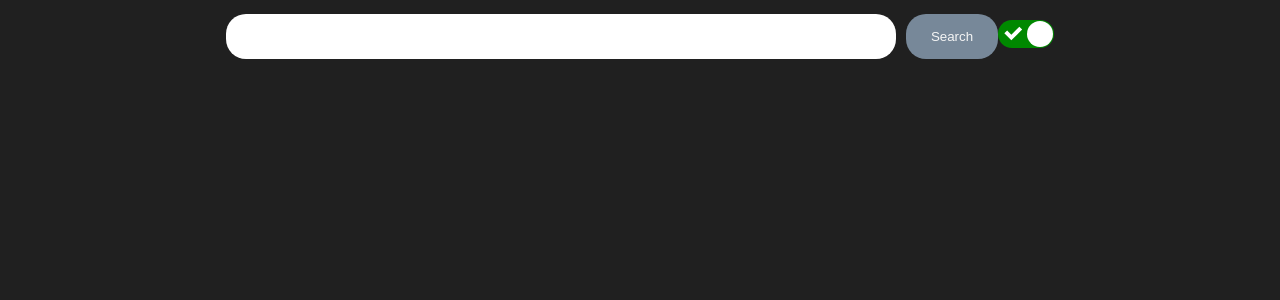
Repository: HunterX-21/Recipe-webApp
Page: /
The author's editor kept a copy of each file at every save. The page is drawn from the files as they stood at one save, then again after the next save.
The browser window is 1280 px wide. The pictures show the whole page.
The page's requests for data from a server got no answer. The project was rebuilt for these pictures with package versions that can differ from the ones it lists, and the page was loaded fresh each time. No one was signed in, and anything a server would have sent is missing. Also part of the build but not shown: src/recipe.module.css, src/Recipes.js.

Above is the page before, as saved 2022-07-07 21:46:32.

### public/index.html
<!DOCTYPE html>
<html lang="en">
  <head>
    <meta charset="utf-8" />
    <link rel="icon" href="%PUBLIC_URL%/favicon.ico" />
    <meta name="viewport" content="width=device-width, initial-scale=1" />
    <meta name="theme-color" content="#000000" />
    <meta
      name="description"
      content="Web site created using create-react-app"
    />
    <link rel="apple-touch-icon" href="%PUBLIC_URL%/logo192.png" />
    <!--
      manifest.json provides metadata used when your web app is installed on a
      user's mobile device or desktop. See https://developers.google.com/web/fundamentals/web-app-manifest/
    -->
    <link rel="manifest" href="%PUBLIC_URL%/manifest.json" />
    <!--
      Notice the use of %PUBLIC_URL% in the tags above.
      It will be replaced with the URL of the `public` folder during the build.
      Only files inside the `public` folder can be referenced from the HTML.

      Unlike "/favicon.ico" or "favicon.ico", "%PUBLIC_URL%/favicon.ico" will
      work correctly both with client-side routing and a non-root public URL.
      Learn how to configure a non-root public URL by running `npm run build`.
    -->
    <title>Recify</title>
  </head>
  <body>
    <noscript>You need to enable JavaScript to run this app.</noscript>
    <div id="root"></div>
    <!--
      This HTML file is a template.
      If you open it directly in the browser, you will see an empty page.

      You can add webfonts, meta tags, or analytics to this file.
      The build step will place the bundled scripts into the <body> tag.

      To begin the development, run `npm start` or `yarn start`.
      To create a production bundle, use `npm run build` or `yarn build`.
    -->
  </body>
</html>

### src/App.js
import "./App.css";
import { createContext, useEffect, useState } from "react";
import Recipe from "./Recipes";
import React from "react";
import ReactSwitch from "react-switch";

export const ThemeContext = createContext(null);

const App = () => {
  const APP_ID = "6b1c144c";
  const APP_KEY = "458cc45743dd5428f00b4794732fbd3e";

  const [recipes, setRecipes] = useState([]);
  const [search, setSearch] = useState("");
  const [query, setquery] = useState("chicken");

  useEffect(() => {
    getRecipes();
  }, [query]);

  const getRecipes = async () => {
    const response = await fetch(
      `https://api.edamam.com/search?q=${query}&app_id=${APP_ID}&app_key=${APP_KEY}`
    );
    const data = await response.json();
    setRecipes(data.hits);
    console.log(data.hits);
  };

  const updateSearch = (e) => {
    setSearch(e.target.value);
    console.log(search);
  };

  const getSearch = (e) => {
    e.preventDefault();
    setquery(search);
    setSearch("");
  };

  const [theme, setTheme] = useState("dark");

  const toggleTheme = () => {
    setTheme((curr) => (curr === "light" ? "dark" : "light"));
  };
  return (
    <ThemeContext.Provider value={{ theme, toggleTheme }}>
      <div className="body" id={theme}>
        <header></header>

        <form onSubmit={getSearch} className="search-form">
          <input
            className="search-bar"
            type="text"
            value={search}
            onChange={updateSearch}
          />
          <button className="search-button" type="submit">
            Search
          </button>
          <div className="switch">
            <ReactSwitch onChange={toggleTheme} checked={theme === "dark"} />
          </div>
        </form>
        <div className="recipes">
          {recipes.map((recipe) => (
            <Recipe
              key={recipe.recipe.label}
              title={recipe.recipe.label}
              calories={recipe.recipe.calories}
              image={recipe.recipe.image}
              ingredients={recipe.recipe.ingredients}
            />
          ))}
        </div>
      </div>
    </ThemeContext.Provider>
  );
};

export default App;

### src/App.css
.body {
  min-height: 100vh;
  color: #1a202c;
  transition: color 0.2s ease-in;
}
#light {
  background-color: #f3ebf6;
}

#dark {
  background-color: #202020;
  color: white;
}

#light .main {
  background-color: #f3ebf6;
}

#dark .main {
  background-color: #202020;
  color: white;
}

switch {
  display: flex;
  width: 100vw;
  height: 100px;
  justify-content: center;
  align-items: center;
  margin-left: 10px;
}

.search-form {
  min-height: 10vh;
  display: flex;
  justify-content: center;
  align-items: center;
}
.search-bar {
  width: 50%;
  border: none;
  padding: 15px;
  border-radius: 20px;
}
.search-button {
  background: lightslategrey;
  border: none;
  padding: 15px 25px;
  color: whitesmoke;
  border-radius: 20px;
  margin-left: 10px;
}
.recipes {
  display: flex;
  justify-content: space-around;
  flex-wrap: wrap;
}
header {
  position: absolute;
}

Loaded but not shown: src/index.js (common file); src/index.css (common file); src/reportWebVitals.js (common file)

After the next save:
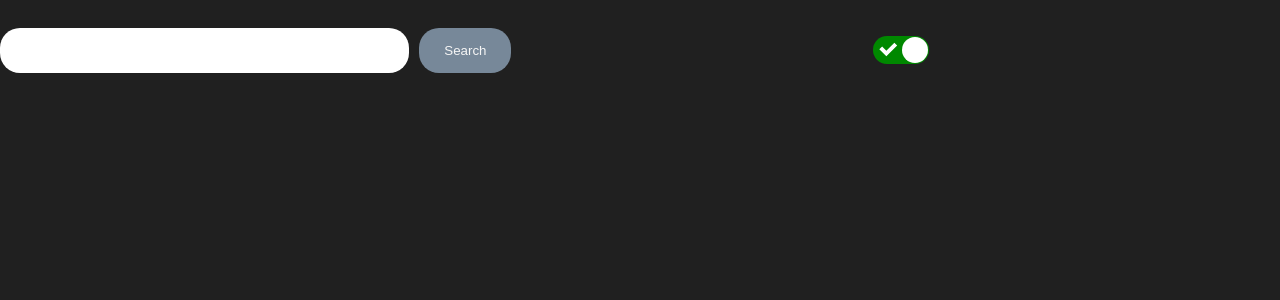
Saved 59 min 8 s later.
--- a/src/App.css
+++ b/src/App.css
@@ -21,7 +21,7 @@
   color: white;
 }
 
-switch {
+.switch {
   display: flex;
   width: 100vw;
   height: 100px;
@@ -29,6 +29,8 @@ switch {
   align-items: center;
   margin-left: 10px;
 }
+
+
 
 .search-form {
   min-height: 10vh;
